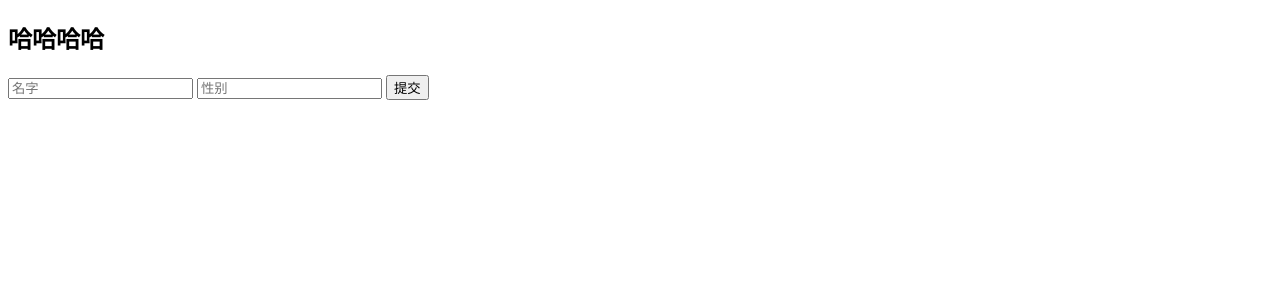
Repository: jsBan/jsBan.github.io
Page: src/myWork/book/websocket/node/template-node-ts/public/index.html
An editor plug-in stored every save of this project. The page is shown before and after the next save, followed by the edit.
The browser window is 1280 px wide. The pictures show the whole page.

Above is the page before, as saved 2020-12-04 16:01:11.

After the next save:
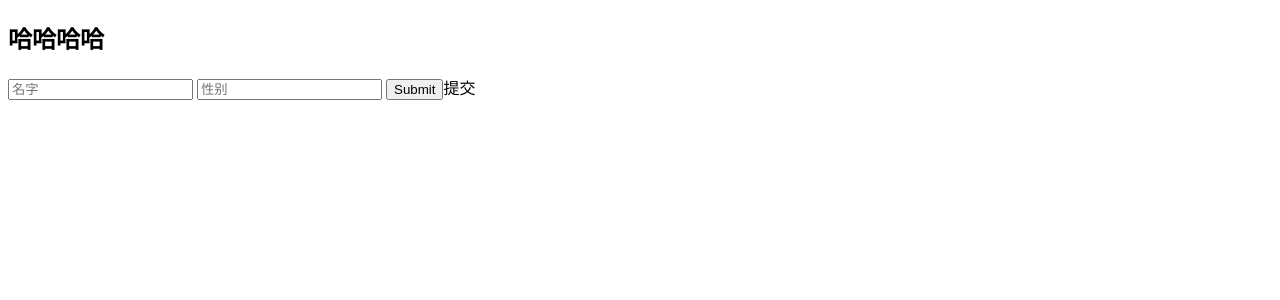
Saved 9 s later.
--- a/src/myWork/book/websocket/node/template-node-ts/public/index.html
+++ b/src/myWork/book/websocket/node/template-node-ts/public/index.html
@@ -11,7 +11,7 @@
     <form action="">
       <input type="text" placeholder="名字">
       <input type="text" placeholder="性别">
-      <button type="submit">提交</button>
+      <input type="submit">提交</input>
     </form>
   </div>
 </body>
